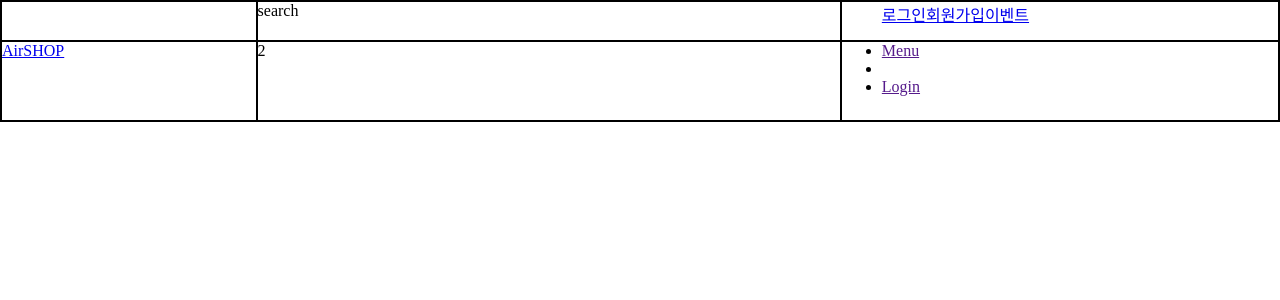
Repository: seungsu12/carrot
Page: http://localhost/carrot/header.jsp
An editor plug-in stored every save of this project. The page is shown before and after the next save, followed by the edit.
The browser window is 1280 px wide. The pictures show the whole page.
The page is served by Tomcat 9.

Above is the page before, as saved 2021-05-22 08:58:26.

After the next save:
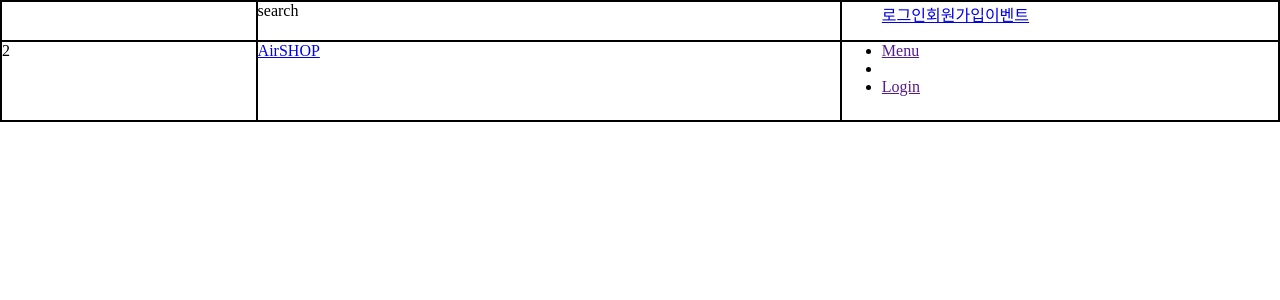
Saved 41 s later.
--- a/carrot/WebContent/header.jsp
+++ b/carrot/WebContent/header.jsp
@@ -53,7 +53,7 @@
 	text-decoration : none
 }
 .header_item:nth-child(4){
-	grid-column: 1/2;
+	grid-column: 2/3;
 	grid-row : 2/3;
 }
 .header_item:nth-child(6) ul li{
